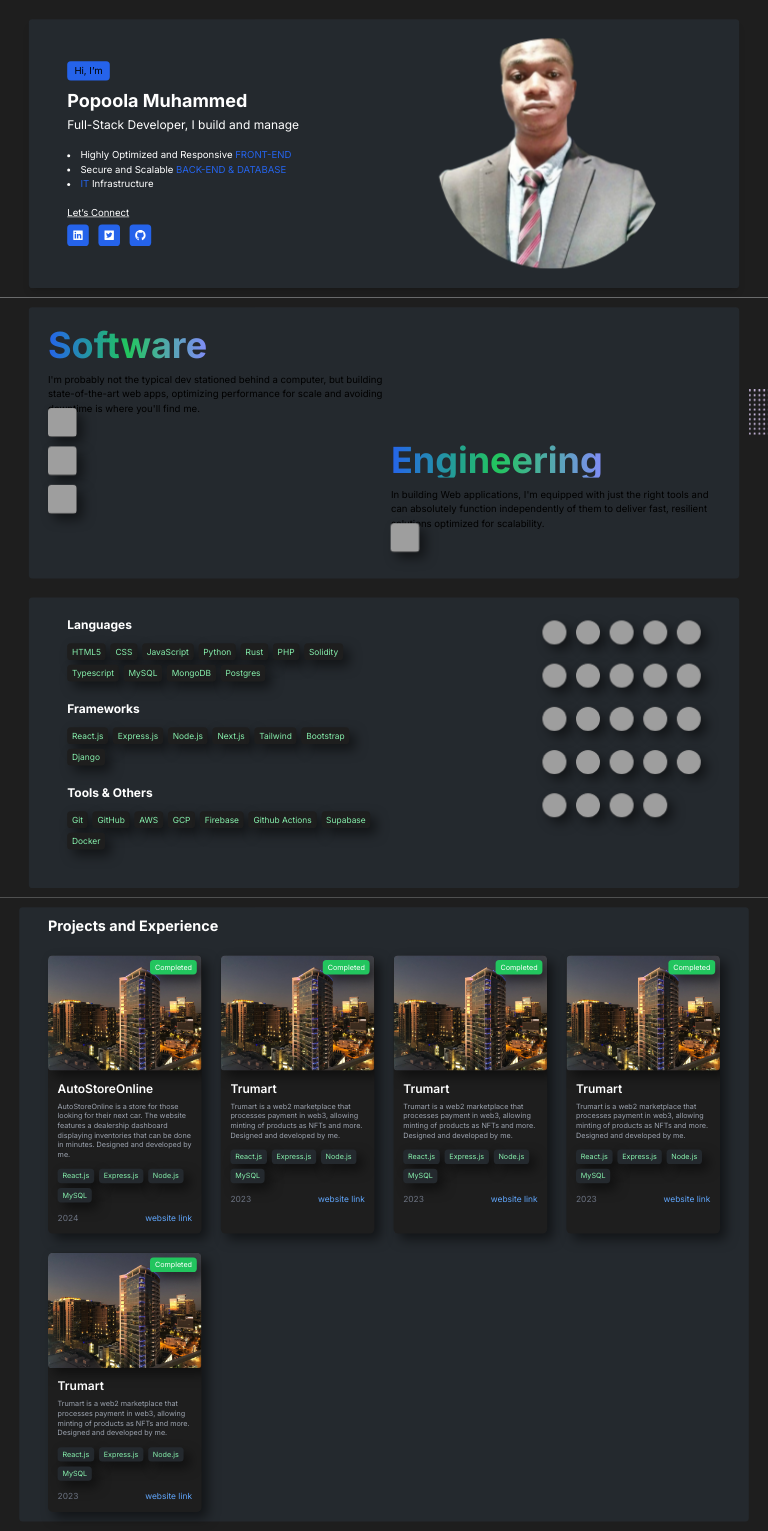
Repository: muhammedctgr/hammedctgr
Page: /
The author's editor kept a copy of each file at every save. The page is drawn from the files as they stood at one save, then again after the next save.
The browser window is 1280 px wide. The pictures show the whole page, at 60% of full size.
Pictures or frames that could not be fetched are drawn as grey boxes. The project was rebuilt for these pictures with package versions that can differ from the ones it lists, and the page was loaded fresh each time. The framework's server and built-in components were replaced by stand-ins that run in the browser. Also part of the build but not shown: next.config.mjs.

Above is the page before, as saved 2024-08-08 21:12:17.

### app/layout.tsx
import type { Metadata } from "next";
import { Inter } from "next/font/google";
import "./globals.css";

const inter = Inter({ subsets: ["latin"] });

export const metadata: Metadata = {
  title: "Popoola Muhammed",
  description: "Generated by create next app",
};

export default function RootLayout({
  children,
}: Readonly<{
  children: React.ReactNode;
}>) {
  return (
    <html lang="en">
      <body className={inter.className}>{children}</body>
    </html>
  );
}

### app/page.tsx
import Head from 'next/head';
import Hero from '../components/Hero';
import SkillsSection from '@/components/SkillsSection';
import SummarySection from '@/components/SummarySection';
import ProjectsSection from '@/components/ProjectsSection';


const Home = () => (
  <div>
    <Head>
      <title>Popoola Muhammed</title>
      <meta name="description" content="Welcome to my developer portfolio" />
    </Head>

    <Hero />
    <SummarySection />
    <SkillsSection />
    <ProjectsSection />
  </div>
);

export default Home;

### app/globals.css
@tailwind base;
@tailwind components;
@tailwind utilities;

:root {
  --foreground-rgb: 0, 0, 0;
  --background-start-rgb: 214, 219, 220;
  --background-end-rgb: 255, 255, 255;
}

@media (prefers-color-scheme: dark) {
  :root {
    --foreground-rgb: 255, 255, 255;
    --background-start-rgb: 0, 0, 0;
    --background-end-rgb: 0, 0, 0;
  }
}

body {
  color: rgb(var(--foreground-rgb));
  background: linear-gradient(
      to bottom,
      transparent,
      rgb(var(--background-end-rgb))
    )
    rgb(var(--background-start-rgb));
}

@layer utilities {
  .text-balance {
    text-wrap: balance;
  }
}


@keyframes upDown {
  0%, 100% {
    transform: translateY(0);
  }
  50% {
    transform: translateY(-10px); /* Adjust the value as needed */
  }
}

.animate-upDown {
  animation: upDown 2s infinite ease-in-out; /* Adjust duration as needed */
}

.neumorph {
  border-radius: 5px;
  background: linear-gradient(145deg, #161414, #1a1818);
  box-shadow:  5px 5px 10px #111010,
               -5px -5px 10px #1f1c1c;
}

### components/Hero.tsx
import Image from 'next/image';
import profilePic from '../public/profile.png';
import { AiFillLinkedin, AiFillGithub, AiFillTwitterSquare, AiFillX } from 'react-icons/ai';

const Hero = () => {
  return (
    <section className="bg-gptGray px-4 py-4 md:pt-8 md:px-8 lg:px-12 text-white flex items-center">
  <div className="container bg-githubGray shadow-lg rounded-md mx-auto flex flex-col md:flex-row items-center md:px-8">
    <div className="flex-1 text-left p-4 md:p-8">
      <div className="inline-block bg-blue-600 text-black py-1 px-3 mb-4 rounded-md">
        Hi, I’m
      </div>
      <div className="mb-6">
        <h1 className="text-xl md:text-3xl font-bold">Popoola Muhammed</h1>
        <p className="mt-2 text-lg md:text-xl">Full-Stack Developer, I build and manage</p>
      </div>
      <ul className="mt-4 list-disc list-inside text-sm md:text-base">
        <li>Highly Optimized and Responsive <span className="text-blue-600">FRONT-END</span></li>
        <li>Secure and Scalable <span className="text-blue-600">BACK-END & DATABASE</span></li>
        <li><span className="text-blue-600">IT</span> Infrastructure</li>
      </ul>
      <div className="mt-6">
        <a href="#contact" className="underline">Let’s Connect</a>
        <div className="mt-2 flex justify-start space-x-4">
          <a href="#" className="bg-blue-600 p-2 rounded-md">
            <AiFillLinkedin size={20} />
          </a>
          <a href="#" className="bg-blue-600 p-2 rounded-md">
            <AiFillTwitterSquare size={20} />
          </a>
          <a href="#" className="bg-blue-600 p-2 rounded-md">
            <AiFillGithub size={20} />
          </a>
        </div>
      </div>
    </div>
    <div className="flex-1 p-4 md:p-8">
      <div className="relative w-40 h-40 md:w-72 md:h-72 lg:w-96 lg:h-96 mx-auto">
        <Image src={profilePic} alt="Popoola Muhammed" layout="fill" className="rounded-full object-cover animate-upDown" />
      </div>
    </div>
  </div>
</section>
  );
};

export default Hero;

### components/SkillsSection.tsx
import Image from 'next/image';
import { FC } from 'react';

interface SkillCategory {
  title: string;
  skills: { name: string; }[];
}

const skills: SkillCategory[] = [
  {
    title: "Languages",
    skills: [
      { name: "HTML5",  },
      { name: "CSS", },
      { name: "JavaScript",  },
      { name: "Python", },
      { name: "Rust",  },
      { name: "PHP", },
      { name: "Solidity",  },
      { name: "Typescript",  },
      { name: "MySQL",  },
      { name: "MongoDB", },
      { name: "Postgres", },
    ],
  },
  {
    title: "Frameworks",
    skills: [
      { name: "React.js", },
      { name: "Express.js",  },
      { name: "Node.js", },
      { name: "Next.js", },
      { name: "Tailwind", },
      { name: "Bootstrap", },
      { name: "Django", }
    ],
  },
  {
    title: "Tools & Others",
    skills: [
      { name: "Git",  },
      { name: "GitHub",  },
      { name: "AWS", },
      { name: "GCP", },
      { name: "Firebase", },
      { name: "Github Actions", },
      { name: "Supabase",  },
      { name: "Docker",  },
    ],
  },
];

const icons = [
  "/icons/html5.svg", // Replace with your icon paths
  "/icons/css3.svg",
  "/icons/javascript.svg",
  "/icons/python.svg",
  // Add the rest of the icons as needed
];

const SkillsSection: FC = () => {
  return (
  <section className="px-4 py-4 md:px-8 lg:px-12 bg-gptGray text-white">
  <div className="container bg-githubGray rounded-md mx-auto flex flex-col md:flex-row items-start md:px-8">
    <div className="flex-1 p-4 md:p-8">
      {skills.map((category) => (
        <div key={category.title} className="mb-8">
          <h2 className="text-lg md:text-xl font-bold mb-4">{category.title}</h2>
          <div className="flex flex-wrap gap-2">
            {category.skills.map((skill) => (
              <span
                key={skill.name}
                className={`px-2 py-1 rounded-md text-sm shadow-deep-all bg-gptGray text-green-300`}
              >
                {skill.name}
              </span>
            ))}
          </div>
        </div>
      ))}
    </div>
    <div className="flex-1 flex flex-col items-center md:items-end">
      <div className="grid grid-cols-3 md:grid-cols-5 gap-4 p-4 md:p-8">
      <img src="https://cdn.jsdelivr.net/gh/devicons/devicon@latest/icons/html5/html5-original.svg" className="w-8 h-8 md:w-10 md:h-10 lg:w-10 lg:h-10 bg-gptGray rounded-3xl animate-bounce shadow-deep-all mt-4" />
      <img src="https://cdn.jsdelivr.net/gh/devicons/devicon@latest/icons/css3/css3-original.svg" className="w-8 h-8 md:w-10 md:h-10 lg:w-10 lg:h-10 bg-gptGray rounded-3xl animate-bounce shadow-deep-all mt-4" />
      <img src="https://cdn.jsdelivr.net/gh/devicons/devicon@latest/icons/javascript/javascript-original.svg" className="w-8 h-8 md:w-10 md:h-10 lg:w-10 lg:h-10 bg-gptGray rounded-3xl animate-bounce shadow-deep-all mt-4" />
      <img src="https://cdn.jsdelivr.net/gh/devicons/devicon@latest/icons/python/python-original.svg" className="w-8 h-8 md:w-10 md:h-10 lg:w-10 lg:h-10 bg-gptGray rounded-3xl animate-bounce shadow-deep-all mt-4" />
      <img src="https://cdn.jsdelivr.net/gh/devicons/devicon@latest/icons/rust/rust-original.svg"  className="w-8 h-8 md:w-10 md:h-10 lg:w-10 lg:h-10 bg-gptGray rounded-3xl animate-bounce shadow-deep-all mt-4" />
      <img src="https://cdn.jsdelivr.net/gh/devicons/devicon@latest/icons/php/php-original.svg" className="w-8 h-8 md:w-10 md:h-10 lg:w-10 lg:h-10 bg-gptGray rounded-3xl animate-bounce shadow-deep-all mt-4" />
      <img src="https://cdn.jsdelivr.net/gh/devicons/devicon@latest/icons/solidity/solidity-original.svg" className="w-8 h-8 md:w-10 md:h-10 lg:w-10 lg:h-10 bg-gptGray rounded-3xl animate-bounce shadow-deep-all mt-4" />
      <img src="https://cdn.jsdelivr.net/gh/devicons/devicon@latest/icons/typescript/typescript-original.svg" className="w-8 h-8 md:w-10 md:h-10 lg:w-10 lg:h-10 bg-gptGray rounded-3xl animate-bounce shadow-deep-all mt-4" />
      <img src="https://cdn.jsdelivr.net/gh/devicons/devicon@latest/icons/mysql/mysql-original.svg" className="w-8 h-8 md:w-10 md:h-10 lg:w-10 lg:h-10 bg-gptGray rounded-3xl animate-bounce shadow-deep-all mt-4" />
      <img src="https://cdn.jsdelivr.net/gh/devicons/devicon@latest/icons/mongodb/mongodb-original.svg" className="w-8 h-8 md:w-10 md:h-10 lg:w-10 lg:h-10 bg-gptGray rounded-3xl animate-bounce shadow-deep-all mt-4" />
      <img src="https://cdn.jsdelivr.net/gh/devicons/devicon@latest/icons/react/react-original.svg" className="w-8 h-8 md:w-10 md:h-10 lg:w-10 lg:h-10 bg-gptGray rounded-3xl animate-bounce shadow-deep-all mt-4" />
      <img src="https://cdn.jsdelivr.net/gh/devicons/devicon@latest/icons/nextjs/nextjs-original.svg" className="w-8 h-8 md:w-10 md:h-10 lg:w-10 lg:h-10 bg-gptGray rounded-3xl animate-bounce shadow-deep-all mt-4" />
      <img src="https://cdn.jsdelivr.net/gh/devicons/devicon@latest/icons/tailwindcss/tailwindcss-original.svg" className="w-8 h-8 md:w-10 md:h-10 lg:w-10 lg:h-10 bg-gptGray rounded-3xl animate-bounce shadow-deep-all mt-4" />
      <img src="https://cdn.jsdelivr.net/gh/devicons/devicon@latest/icons/git/git-original.svg" className="w-8 h-8 md:w-10 md:h-10 lg:w-10 lg:h-10 bg-gptGray rounded-3xl animate-bounce shadow-deep-all mt-4" />
      <img src="https://cdn.jsdelivr.net/gh/devicons/devicon@latest/icons/github/github-original.svg" className="w-8 h-8 md:w-10 md:h-10 lg:w-10 lg:h-10 bg-gptGray rounded-3xl animate-bounce shadow-deep-all mt-4" />
      <img src="https://cdn.jsdelivr.net/gh/devicons/devicon@latest/icons/amazonwebservices/amazonwebservices-original-wordmark.svg" className="w-8 h-8 md:w-10 md:h-10 lg:w-10 lg:h-10 bg-gptGray rounded-3xl animate-bounce shadow-deep-all mt-4" />
      <img src="https://cdn.jsdelivr.net/gh/devicons/devicon@latest/icons/googlecloud/googlecloud-original.svg" className="w-8 h-8 md:w-10 md:h-10 lg:w-10 lg:h-10 bg-gptGray rounded-3xl animate-bounce shadow-deep-all mt-4" />
      <img src="https://cdn.jsdelivr.net/gh/devicons/devicon@latest/icons/postgresql/postgresql-original.svg" className="w-8 h-8 md:w-10 md:h-10 lg:w-10 lg:h-10 bg-gptGray rounded-3xl animate-bounce shadow-deep-all mt-4" />
      <img src="https://cdn.jsdelivr.net/gh/devicons/devicon@latest/icons/supabase/supabase-original.svg" className="w-8 h-8 md:w-10 md:h-10 lg:w-10 lg:h-10 bg-gptGray rounded-3xl animate-bounce shadow-deep-all mt-4" />
      <img src="https://cdn.jsdelivr.net/gh/devicons/devicon@latest/icons/docker/docker-original.svg" className="w-8 h-8 md:w-10 md:h-10 lg:w-10 lg:h-10 bg-gptGray rounded-3xl animate-bounce shadow-deep-all mt-4" />
      <img src="https://cdn.jsdelivr.net/gh/devicons/devicon@latest/icons/django/django-plain.svg" className="w-8 h-8 md:w-10 md:h-10 lg:w-10 lg:h-10 bg-gptGray rounded-3xl animate-bounce shadow-deep-all mt-4" />
      <img src="https://cdn.jsdelivr.net/gh/devicons/devicon@latest/icons/bootstrap/bootstrap-original.svg" className="w-8 h-8 md:w-10 md:h-10 lg:w-10 lg:h-10 bg-gptGray rounded-3xl animate-bounce shadow-deep-all mt-4" />
      <img src="https://cdn.jsdelivr.net/gh/devicons/devicon@latest/icons/nodejs/nodejs-original.svg" className="w-8 h-8 md:w-10 md:h-10 lg:w-10 lg:h-10 bg-gptGray rounded-3xl animate-bounce shadow-deep-all mt-4" />
      <img src="https://cdn.jsdelivr.net/gh/devicons/devicon@latest/icons/githubactions/githubactions-original.svg" className="w-8 h-8 md:w-10 md:h-10 lg:w-10 lg:h-10 bg-gptGray rounded-3xl animate-bounce shadow-deep-all mt-4" />
      </div>
    </div>
  </div>
</section>
  );
};

export default SkillsSection;

### components/SummarySection.tsx
import { FC } from 'react';

const SummarySection: FC = () => {
  return (
<section className="px-4 py-4 md:px-8 lg:px-12 bg-gptGray relative overflow-hidden">
  <div className="container bg-githubGray mx-auto flex rounded-md flex-col md:flex-row justify-between items-start md:px-8 p-4 md:p-8">
    <div className=" mb-8 md:mb-8">
      <div className="mb-4">
        <span className="text-4xl md:text-6xl font-bold bg-gradient-to-r from-blue-600 via-green-500 to-indigo-400 inline-block text-transparent bg-clip-text">Software</span>
      </div>
      <p className="text-sm md:text-base">
        I'm probably not the typical dev stationed behind a computer, but building state-of-the-art web apps, optimizing performance for scale and avoiding downtime is where you'll find me.
      </p>
      <img src="https://cdn.jsdelivr.net/gh/devicons/devicon@latest/icons/mongodb/mongodb-original.svg" className="w-8 h-8 md:w-12 md:h-12 lg:w-12 lg:h-12 bg-gptGray rounded-md animate-bounce shadow-deep-all" />
      <img src="https://cdn.jsdelivr.net/gh/devicons/devicon@latest/icons/nextjs/nextjs-original.svg" className="w-8 h-8 md:w-12 md:h-12 lg:w-12 lg:h-12 bg-gptGray rounded-md animate-bounce shadow-deep-all mt-4" />
      <img src="https://cdn.jsdelivr.net/gh/devicons/devicon@latest/icons/javascript/javascript-original.svg" className="w-8 h-8 md:w-12 md:h-12 lg:w-12 lg:h-12 bg-gptGray rounded-md animate-bounce shadow-deep-all mt-4" />
    </div>
    <div className=" md:mt-48">
      <div className="mb-4">
        <span className="text-4xl md:text-6xl font-bold bg-gradient-to-r from-blue-600 via-green-500 to-indigo-400 inline-block text-transparent bg-clip-text">Engineering</span>
      </div>
      <p className="text-sm md:text-base">
        In building Web applications, I'm equipped with just the right tools and can absolutely function independently of them to deliver fast, resilient solutions optimized for scalability.
      </p>

      <img src="https://cdn.jsdelivr.net/gh/devicons/devicon@latest/icons/python/python-original.svg" className="right-4 w-8 h-8 md:w-12 md:h-12 lg:w-12 lg:h-12 bg-gptGray rounded-md animate-bounce shadow-deep-all" />

    </div>
  </div>

  {/* Decorative Elements */}
  <div className="absolute top-1/4 right-0 transform translate-x-4 translate-y-4 md:translate-x-12 md:translate-y-8">
    <svg className="fill-current text-purple-200" width="80" height="80" viewBox="0 0 100 100">
      {/* SVG circles */}
      {[...Array(10)].map((_, row) => (
        <g key={row} transform={`translate(0, ${row * 10})`}>
          {[...Array(10)].map((_, col) => (
            <circle key={col} cx={col * 10 + 2} cy="2" r="2" />
          ))}
        </g>
      ))}
    </svg>
  </div>
</section>
  );
};

export default SummarySection;

### components/ProjectsSection.tsx
import { FC } from 'react';

interface Project {
  title: string;
  description: string;
  technologies: string[];
  date: string;
  status: string;
  image: string;
  link: string;
}

const projects: Project[] = [
  {
    title: "AutoStoreOnline",
    description: "AutoStoreOnline is a store for those looking for their next car. The website features a dealership dashboard displaying inventories that can be done in minutes. Designed and developed by me.",
    technologies: ["React.js", "Express.js", "Node.js", "MySQL"],
    date: "2024",
    status: "Completed",
    image: "pic1.jpg",
    link: "https://example.com",
  },
  {
    title: "Trumart",
    description: "Trumart is a web2 marketplace that processes payment in web3, allowing minting of products as NFTs and more. Designed and developed by me.",
    technologies: ["React.js", "Express.js", "Node.js", "MySQL"],
    date: "2023",
    status: "Completed",
    image: "pic1.jpg",
    link: "https://example.com",
  },
  {
    title: "Trumart",
    description: "Trumart is a web2 marketplace that processes payment in web3, allowing minting of products as NFTs and more. Designed and developed by me.",
    technologies: ["React.js", "Express.js", "Node.js", "MySQL"],
    date: "2023",
    status: "Completed",
    image: "pic1.jpg",
    link: "https://example.com",
  },
  {
    title: "Trumart",
    description: "Trumart is a web2 marketplace that processes payment in web3, allowing minting of products as NFTs and more. Designed and developed by me.",
    technologies: ["React.js", "Express.js", "Node.js", "MySQL"],
    date: "2023",
    status: "Completed",
    image: "pic1.jpg",
    link: "https://example.com",
  },
  {
    title: "Trumart",
    description: "Trumart is a web2 marketplace that processes payment in web3, allowing minting of products as NFTs and more. Designed and developed by me.",
    technologies: ["React.js", "Express.js", "Node.js", "MySQL"],
    date: "2023",
    status: "Completed",
    image: "pic1.jpg",
    link: "https://example.com",
  },
  // Add more projects as needed...
];

const ProjectsSection: FC = () => {
  return (
    <section className="bg-gptGray md:px-8 px-4 py-4">
      <div className="container bg-githubGray rounded-md mx-auto md:px-8 ">
        <h2 className="text-2xl font-bold text-white p-4">Projects and Experience</h2>
        <div className="grid grid-cols-1 sm:grid-cols-3 lg:grid-cols-4 gap-8 p-4">
          {projects.map((project, index) => (
            <div key={index} className="bg-gptGray rounded-lg overflow-hidden shadow-deep-all">
              <div className="relative w-full h-48">
                <img src={project.image} alt={project.title} className="w-full h-full object-cover shadow-deep-all rounded-md" />
                <span className="shadow-deep-all absolute top-2 right-2 bg-green-500 text-xs text-white px-2 py-1 rounded-md">{project.status}</span>
              </div>
              <div className="p-4">
                <h3 className="text-xl font-semibold text-white mb-2">{project.title}</h3>
                <p className="text-gray-400 text-xs mb-4">{project.description}</p>
                <div className="flex flex-wrap gap-2 mb-4">
                  {project.technologies.map((tech, i) => (
                    <span key={i} className="bg-githubGray shadow-deep-all text-green-300 text-xs px-2 py-1 rounded-md">{tech}</span>
                  ))}
                </div>
                <div className="flex justify-between items-center">
                  <span className="text-gray-500 text-sm">{project.date}</span>
                  <a href={project.link} target="_blank" rel="noopener noreferrer" className="text-blue-400 hover:underline text-sm">website link</a>
                </div>
              </div>
            </div>
          ))}
        </div>
      </div>
    </section>
  );
};

export default ProjectsSection;

### tailwind.config.ts
import type { Config } from "tailwindcss";

const config: Config = {
  content: [
    "./pages/**/*.{js,ts,jsx,tsx,mdx}",
    "./components/**/*.{js,ts,jsx,tsx,mdx}",
    "./app/**/*.{js,ts,jsx,tsx,mdx}",
  ],
  theme: {
    extend: {
      backgroundImage: {
        "gradient-radial": "radial-gradient(var(--tw-gradient-stops))",
        "gradient-conic":
          "conic-gradient(from 180deg at 50% 50%, var(--tw-gradient-stops))",
      },
      colors: {
        githubGray: '#24292e',
        gptGray: '#1e1e1e', // Define the exact color
        gradient: 'bg-gradient-to-r from-blue-600 via-green-500 to-indigo-400 inline-block text-transparent bg-clip-text'
      },
      boxShadow: {
        'deep-right': '10px 10px 20px rgba(0, 0, 0, 0.25)',  // Right side shadow
        'deep-left': '-10px 10px 20px rgba(0, 0, 0, 0.25)',  // Left side shadow
        'deep-top': '10px -10px 20px rgba(0, 0, 0, 0.25)',   // Top side shadow
        'deep-bottom': '10px 10px 20px rgba(0, 0, 0, 0.25)', // Bottom side shadow
        'deep-all': '10px 10px 20px rgba(0, 0, 0, 0.5)',     // All sides shadow
      }
    },
  },
  plugins: [],
};
export default config;

After the next save:
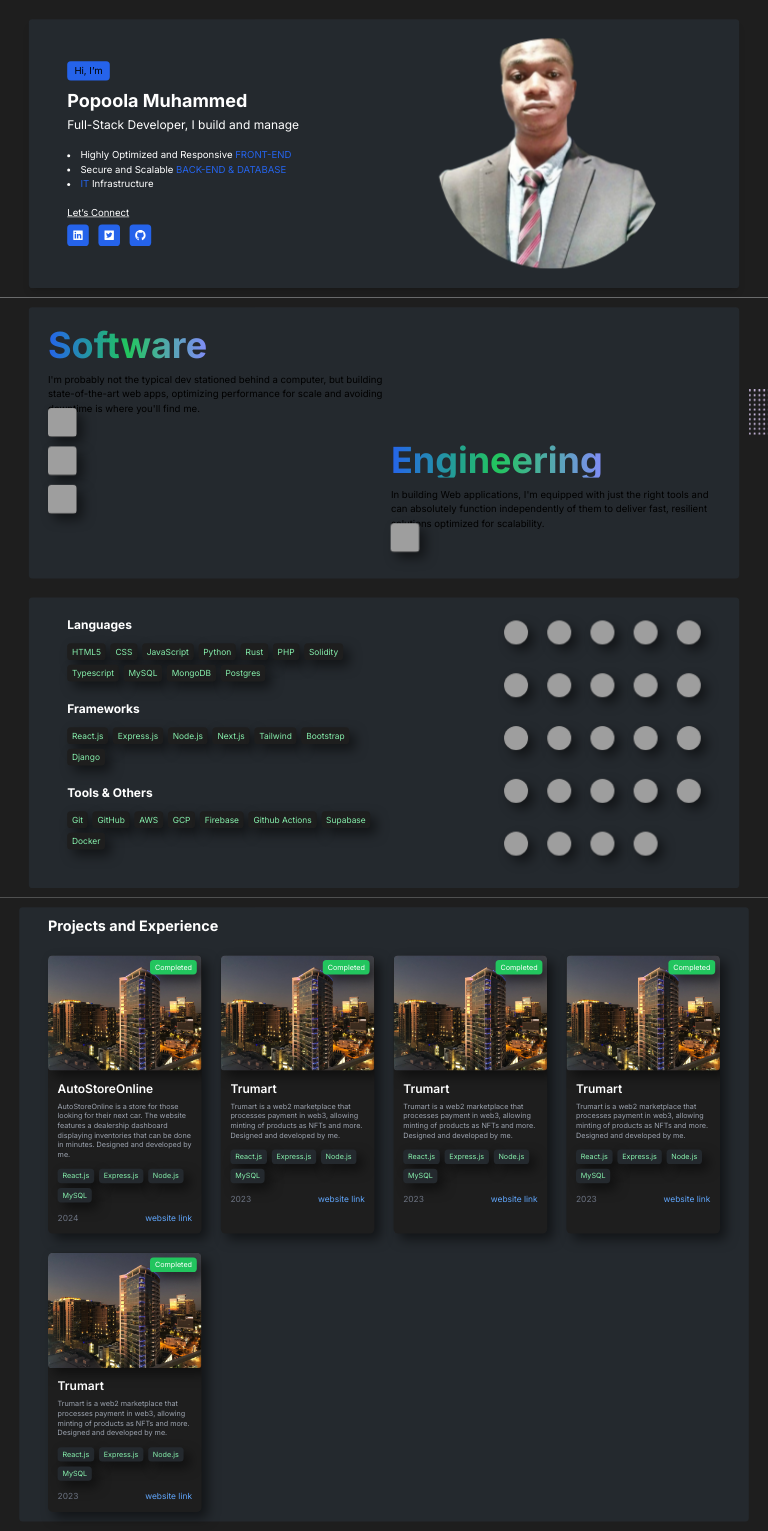
Saved 51 s later.
--- a/components/SkillsSection.tsx
+++ b/components/SkillsSection.tsx
@@ -80,7 +80,7 @@ const SkillsSection: FC = () => {
       ))}
     </div>
     <div className="flex-1 flex flex-col items-center md:items-end">
-      <div className="grid grid-cols-3 md:grid-cols-5 gap-4 p-4 md:p-8">
+      <div className="grid grid-cols-3 md:grid-cols-5 gap-8 p-4 md:p-8">
       <img src="https://cdn.jsdelivr.net/gh/devicons/devicon@latest/icons/html5/html5-original.svg" className="w-8 h-8 md:w-10 md:h-10 lg:w-10 lg:h-10 bg-gptGray rounded-3xl animate-bounce shadow-deep-all mt-4" />
       <img src="https://cdn.jsdelivr.net/gh/devicons/devicon@latest/icons/css3/css3-original.svg" className="w-8 h-8 md:w-10 md:h-10 lg:w-10 lg:h-10 bg-gptGray rounded-3xl animate-bounce shadow-deep-all mt-4" />
       <img src="https://cdn.jsdelivr.net/gh/devicons/devicon@latest/icons/javascript/javascript-original.svg" className="w-8 h-8 md:w-10 md:h-10 lg:w-10 lg:h-10 bg-gptGray rounded-3xl animate-bounce shadow-deep-all mt-4" />
